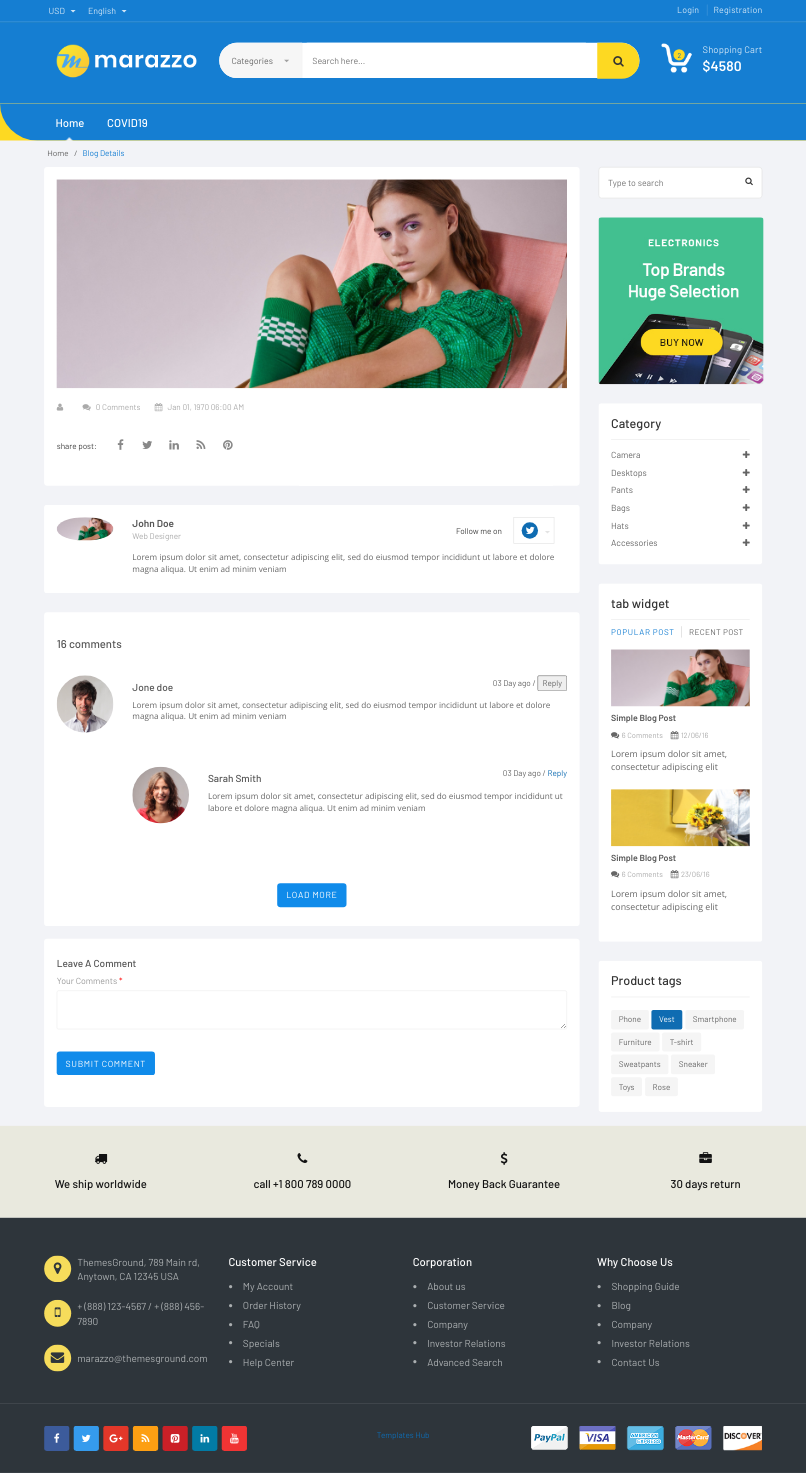
Repository: ztarikul/Laravel_e_commerce
Page: resources/views/posts/blog_details.blade.php
The author's editor kept a copy of each file at every save. The page is drawn from the files as they stood at one save, then again after the next save.
The browser window is 1280 px wide. The pictures show the whole page, at 63% of full size.
The page is served by the project's Laravel application, run on PHP 8.4 with Laravel 8. The template is opened directly, without the code that normally fills it, so the values that code supplies are empty.

Above is the page before, as saved 2021-07-30 02:22:10.

After the next save:
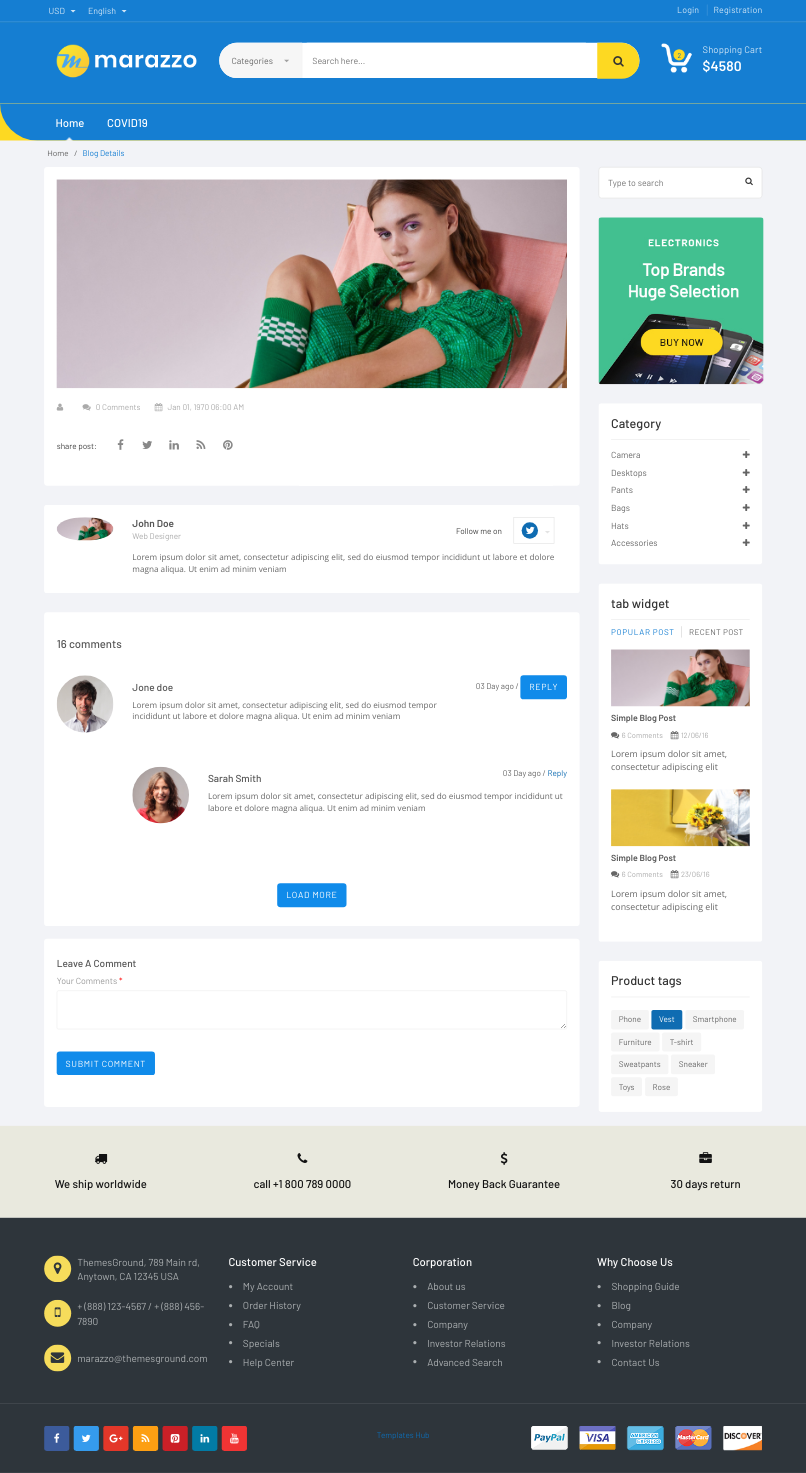
Saved 72 s later.
--- a/e_com/resources/views/posts/blog_details.blade.php
+++ b/e_com/resources/views/posts/blog_details.blade.php
@@ -73,7 +73,7 @@
 				<span class="review-action pull-right">
 					03 Day ago &sol;
 
-					<button id= "abcd"  onClick="MyFunction();"> Reply</button>
+					<button class="btn btn-primary"id= "abcd"  onClick="MyFunction();"> Reply</button>
 				</span>
 				<p>Lorem ipsum dolor sit amet, consectetur adipiscing elit, sed do eiusmod tempor incididunt ut labore et dolore magna aliqua. Ut enim ad minim veniam</p>
 			</div>
